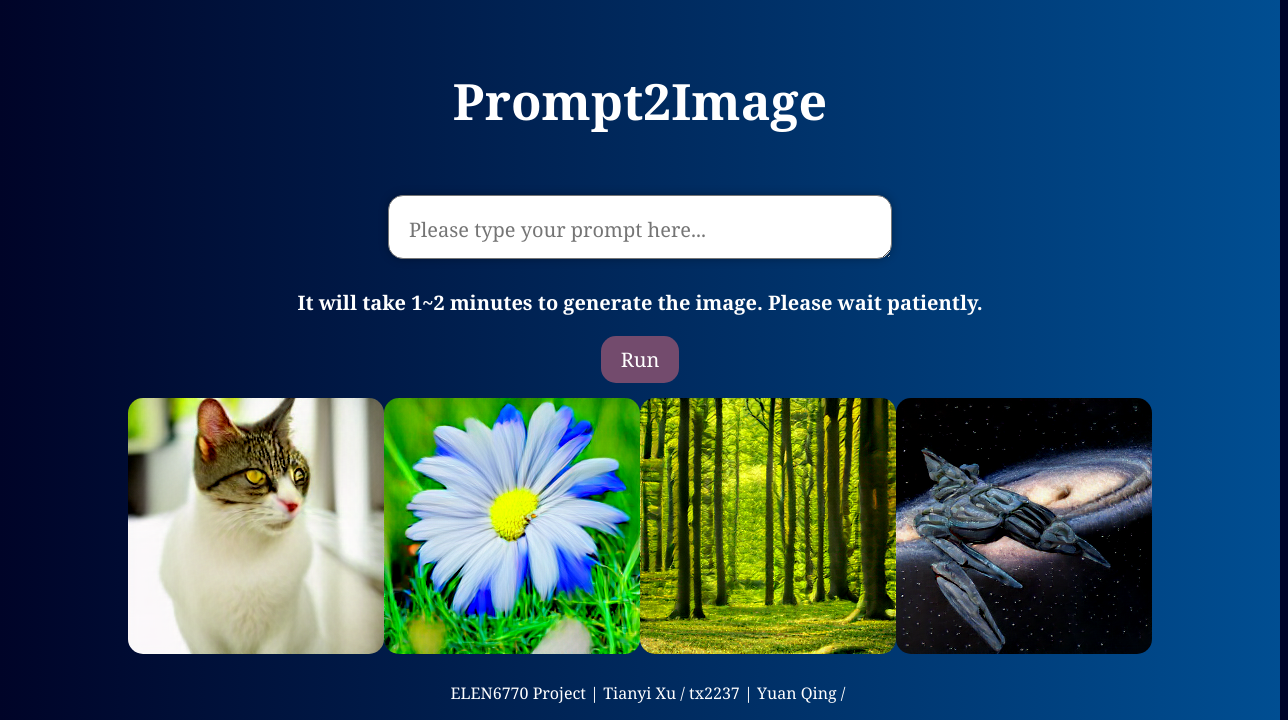
Repository: XTTTZ/Prompt2Image
Page: main4.html
The author's editor kept a copy of each file at every save. The page is drawn from the files as they stood at one save, then again after the next save.
The browser window is 1280 px wide. The page is 1288 px wide, so the pictures cover 1288 px, including what lies to the right of the window. The pictures show the whole page.
The page's requests for data from a server got no answer.

Above is the page before, as saved 2023-12-01 00:30:23.

### main4.html
<!DOCTYPE html>
<html lang="en">

<head>
    <meta charset="UTF-8">
    <meta name="viewport" content="width=device-width, initial-scale=1.0">
    <title>Prompt2Image</title>
    <style>
        .center-label {
            text-align: center;
        }

        body {
            font-family: Georgia, serif;
            background: linear-gradient(to right, #000428, #004e92);
            /* 使图片覆盖整个背景 */
            color: #fff
        }

        header {
            background-color: rgba(0, 0, 0, 0);
            color: #fff;
            text-align: center;
            padding: 1em;
            font-family: Georgia, serif;
            font-size: 25px;
        }

        h1 {
            margin-bottom: 0.5em;
        }

        form {
            display: flex;
            /* 设置为Flex容器 */
            flex-direction: column;
            /* 子元素垂直堆叠 */
            align-items: center;
            /* 垂直居中 */
            justify-content: center;
            /* 水平居中，如果需要 */
            height: 100%;
            /* 根据需要设置高度 */
            font-size: 20px;
        }

        label {
            font-weight: bold;
            text-align: center;
            font-size: 20px;
        }

        textarea {
            padding-left: 1em;
            padding-top: 1em;
            margin: 0.5em 0;
            width: 24em;
            height: 2em;
            text-align: left;
            vertical-align: top;
            font-size: 20px;
            border-radius: 15px;
            box-shadow: 0 0 10px rgba(0, 0, 0, 0.3);
            font-family: Georgia, serif;

        }

        button {
            padding: 0.5em 1em;
            background-color: #734b6d;
            color: #fff;
            border: none;
            cursor: pointer;
            border-radius: 15px;
            font-size: 20px;
            font-family: Georgia, serif;
        }

        button:hover {
            background-color: #555;
        }

        img {
            border-radius: 15px;
        }

        #generatedImages {
            border-radius: 15px;
            text-align: center;
            margin: 1em;
            padding: 1em;
            background-color: #ffffff00;
        }
    </style>
</head>

<body>
    <header>
        <h1>Prompt2Image</h1>
    </header>

    <form id="searchForm">
        <textarea placeholder="Please type your prompt here..." type="text" id="searchInput"
            name="searchInput"></textarea>
        <label>
            <p>It will take 1~2 minutes to generate the image. Please wait patiently.</p>
        </label>
    </form>
    <form id="generateForm" style="gap: 15px;">
        <button type="button" onclick="performSearch()">Run</button>
        <label id="timeValue"></label>
    </form>
    <!-- Display generated images -->
    <form id="exampleForm" style="flex-direction: row">
        <img src="/static/cute cat.png" alt="描述">
        <img src="/static/flower on grass.png" alt="描述">
        <img src="/static/forest.png" alt="描述">
        <img src="/static/spaceship in galaxy.png" alt="描述">
    </form>
    <div style="display:none" id="generatedImages"></div>


    <form id="downloadForm" style="gap: 10px;">
        <button id="downloadButton" onclick="downloadImages()" style="display:none">Download Images</button>
    </form>

    <footer style="position:absolute; bottom:0; text-align: center;width:100%">
        <p>ELEN6770 Project | Tianyi Xu / tx2237 | Yuan Qing / </p>
    </footer>

    <script>
        var server_addr = '34.67.111.69';
        var ip_addr;
        var second = 0;
        var clock;
        fetch('http://' + server_addr + '/ip', {
            method: 'GET',
            headers: {
                'Content-Type': 'application/x-www-form-urlencoded',
            },
        })
            .then(response => { return response.json() })
            .then(data => {
                ip_addr = data.ip_addr;
                console.log('ip_addr');
            }
            );
        function startTimer() {
            clearInterval(clock);
            clock = setInterval(timer, 1000);
            second = 0;
            timeValue.style.display = 'block';
            document.getElementById('timeValue').innerText = 'Run Time: ' + second + 's';
        }

        function timer() {
            second++;
            document.getElementById('timeValue').innerText = 'Run Time: ' + second + 's';
        }

        function stopTimer() {
            clearInterval(clock);
            clock = null;
            console.log('timerstop');
            document.getElementById('timeValue').innerText = 'Run Time: ' + second + 's';
        }

        function performSearch() {
            var searchInput = document.getElementById('searchInput').value;
            if (searchInput == '') {
                document.getElementById('timeValue').innerText = 'Please type your prompt!';
            }
            else {
                document.getElementById('generatedImages').style.display = 'none';
                document.getElementById('downloadButton').style.display = 'none';
                fetch('http://' + server_addr + ':5000/search', {
                    method: 'POST',
                    headers: {
                        'Content-Type': 'application/x-www-form-urlencoded',
                    },
                    body: 'text=' + encodeURIComponent(searchInput)
                })
                    .then(response => {
                        return response.json();
                    })
                    .then(data => { checkStatusPic() });
                startTimer();
            }
        }

        function checkStatusPic() {
            stopTimer();
            var generatedImagesContainer = document.getElementById('generatedImages');
            var downloadButton = document.getElementById('downloadButton');

            // Clear previous content
            generatedImagesContainer.innerHTML = '';

            // Append image elements dynamically
            var img = document.createElement('img');
            img.src = 'http://' + server_addr + '/image/' + ip_addr + '/0?time=' + new Date().getTime();
            generatedImagesContainer.appendChild(img);
            // Display the container and download button
            generatedImagesContainer.style.display = 'block';
            downloadButton.style.display = 'block';
        }

        function downloadImages() {
            // Create a link element for each image and trigger download
            var url = 'http://' + server_addr + '/image/' + ip_addr + '/0?time=' + new Date().getTime();
            var downloadLink = document.createElement('a');
            downloadLink.href = url;
            // 指定下载的文件名，您可以根据需要更改它
            downloadLink.download = 'image.png';
            // 将 <a> 元素添加到文档中并点击它
            document.body.appendChild(downloadLink);
            downloadLink.click();
            // 清理并移除 <a> 元素
            document.body.removeChild(downloadLink);
        }
    </script>
</body>

</html>

After the next save:
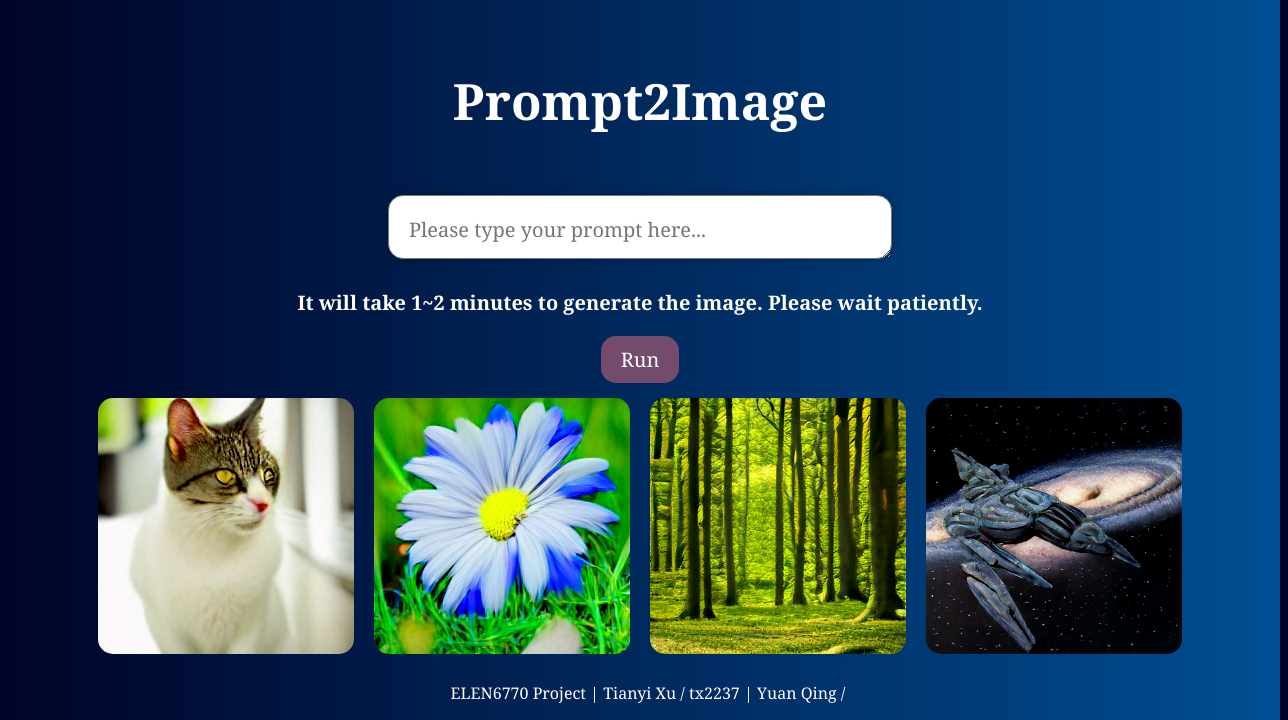
Saved 28 s later.
--- a/main4.html
+++ b/main4.html
@@ -111,7 +111,7 @@
         <label id="timeValue"></label>
     </form>
     <!-- Display generated images -->
-    <form id="exampleForm" style="flex-direction: row">
+    <form id="exampleForm" style="flex-direction: row;gap:20px">
         <img src="/static/cute cat.png" alt="描述">
         <img src="/static/flower on grass.png" alt="描述">
         <img src="/static/forest.png" alt="描述">
